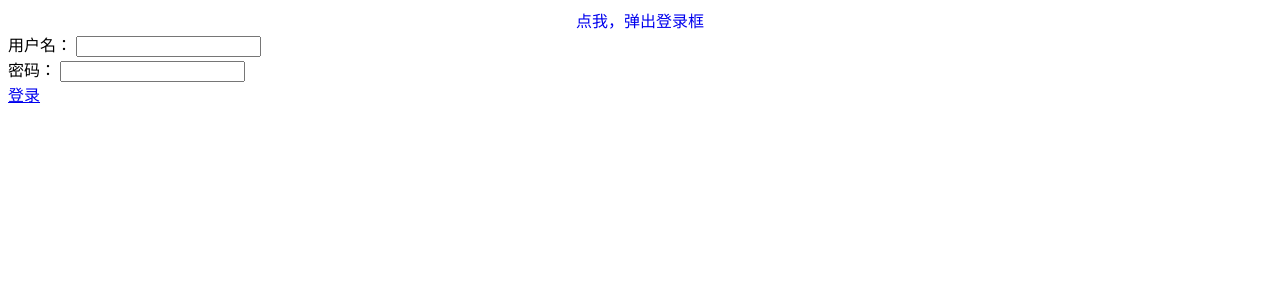
Repository: szl156/class
Page: review/javascript/test/test.html
The author's editor kept a copy of each file at every save. The page is drawn from the files as they stood at one save, then again after the next save.
The browser window is 1280 px wide. The pictures show the whole page.

Above is the page before, as saved 2022-07-25 16:23:07.

After the next save:
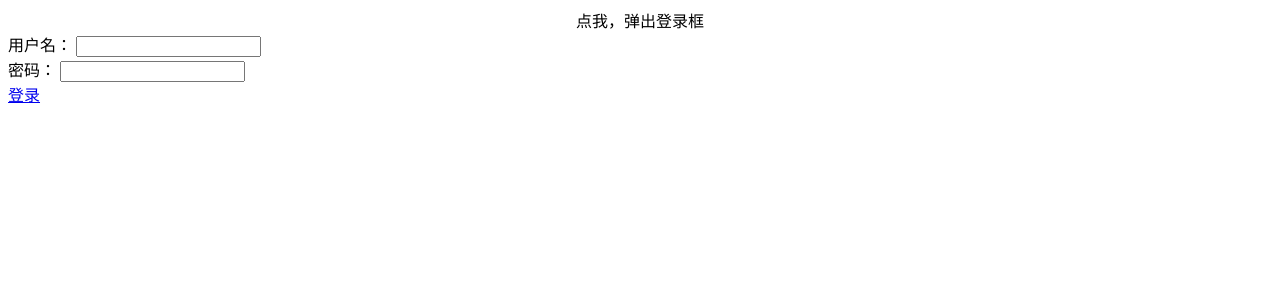
Saved 9 s later.
--- a/review/javascript/test/test.html
+++ b/review/javascript/test/test.html
@@ -13,6 +13,7 @@
 
         #link {
             text-decoration: none;
+            color: black;
         }
     </style>
 </head>
